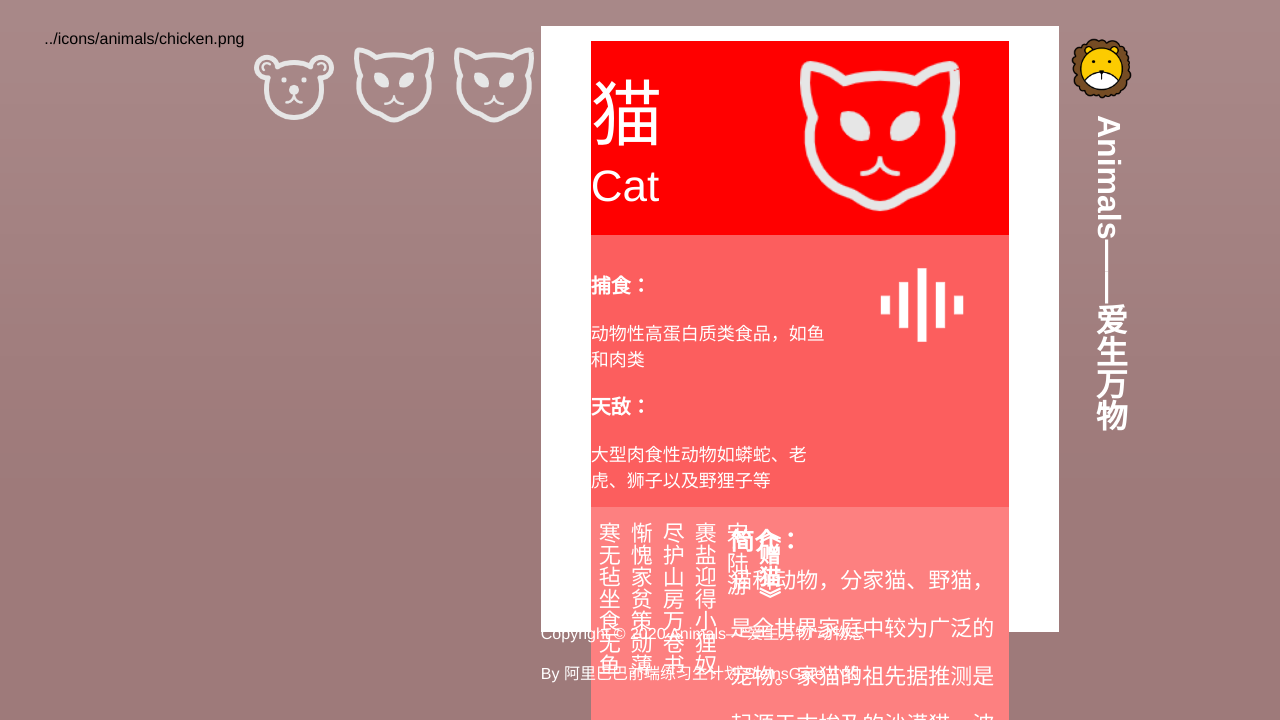
Repository: Whiskeyi/Animals
Page: /
The author's editor kept a copy of each file at every save. The page is drawn from the files as they stood at one save, then again after the next save.
The browser window is 1280 px wide. The pictures show the whole page.
Pictures or frames that could not be fetched are drawn as grey boxes. The project was rebuilt for these pictures with package versions that can differ from the ones it lists, and the page was loaded fresh each time.

Above is the page before, as saved 2021-11-16 19:26:58.

After the next save:
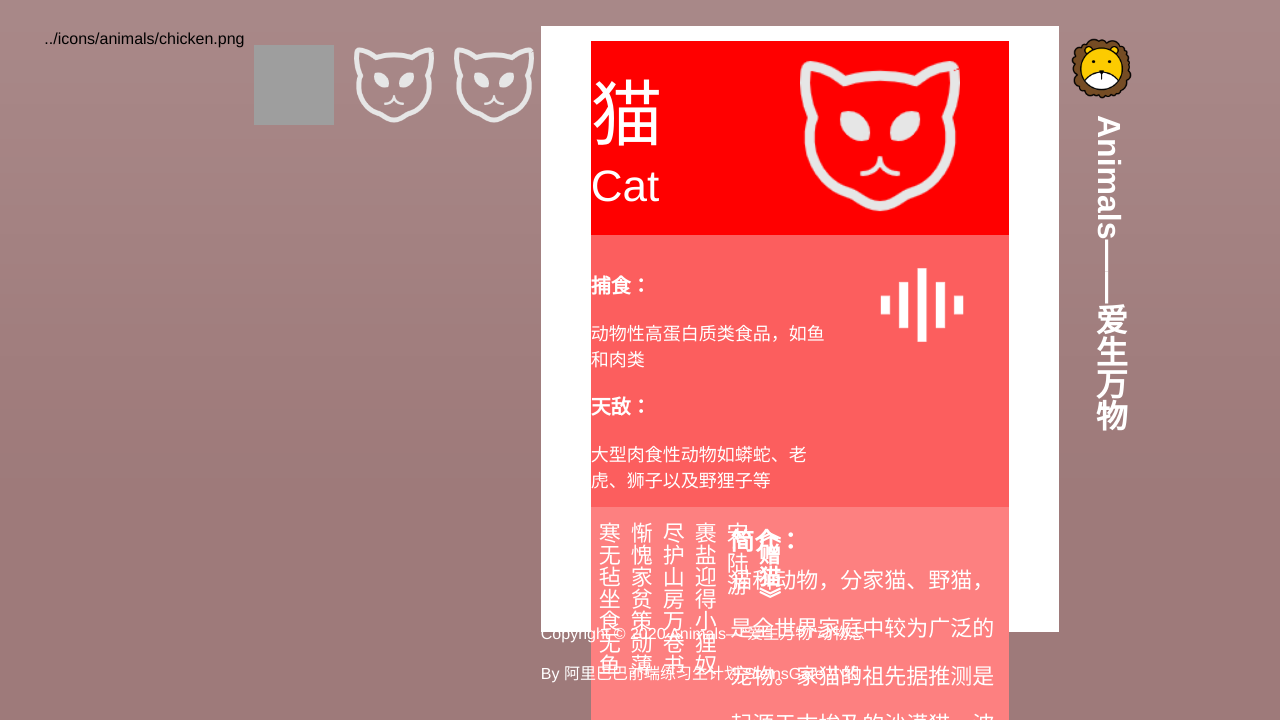
Saved 41 s later.
--- a/src/components/left-main/index.vue
+++ b/src/components/left-main/index.vue
@@ -3,7 +3,7 @@
     <el-row :gutter="20" type="flex" justify="center" v-for="AnimalsDetail in data" :key="AnimalsDetail.enName">
               {{ AnimalsDetail[0].img }}
       <el-col :span="8">
-        <el-image class="logo" alt="logo" :src="require('../../icons/animals/bear.png')"></el-image>
+        <el-image class="logo" alt="logo" :src="require('AnimalsDetail[0].img')"></el-image>
       </el-col>
       <el-col :span="8">
         <el-image class="logo" alt="logo" :src="require('@/icons/animals/cat.png')"></el-image>
